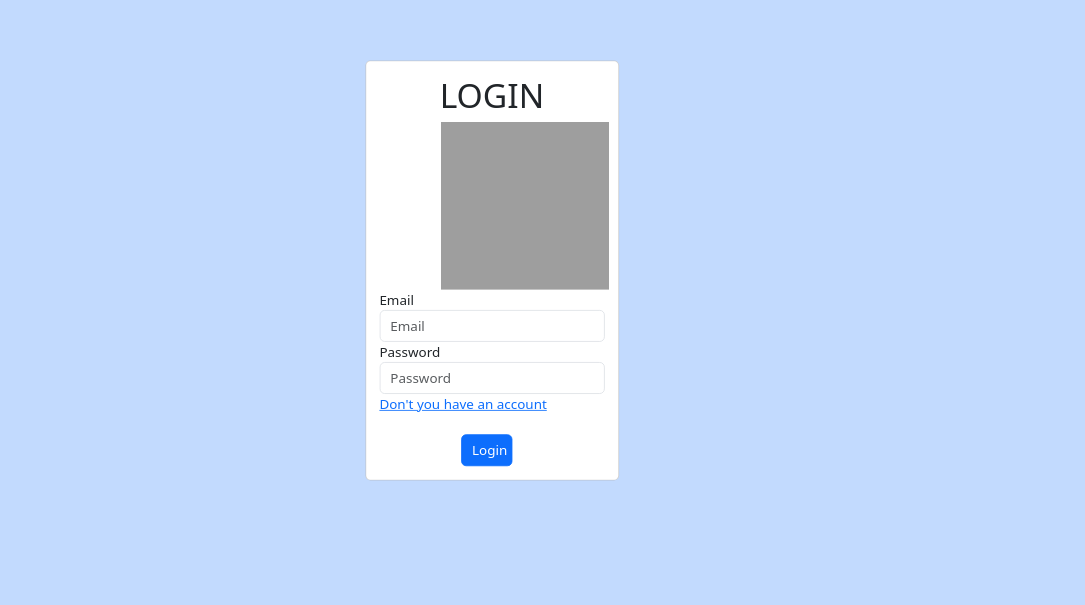
Repository: IT21221064/JobPortal
Page: http://localhost/JobApp/login.jsp
The author's editor kept a copy of each file at every save. The page is drawn from the files as they stood at one save, then again after the next save.
The browser window is 1280 px wide. The page is 1292 px wide, so the pictures cover 1292 px, including what lies to the right of the window. The pictures show the whole page, at 84% of full size.
Pictures or frames that could not be fetched are drawn as grey boxes. The page is served by Tomcat 9.

Above is the page before, as saved 2023-07-15 19:37:00.

### Project/JobApp/src/main/webapp/login.jsp
<%@ page language="java" contentType="text/html; charset=ISO-8859-1"
    pageEncoding="ISO-8859-1"%>
<!DOCTYPE html>
<html>
<head>
<meta charset="ISO-8859-1">
<title>Home Page</title>
 <link href="https://cdn.jsdelivr.net/npm/bootstrap@5.3.0/dist/css/bootstrap.min.css" rel="stylesheet" integrity="sha384-9ndCyUaIbzAi2FUVXJi0CjmCapSmO7SnpJef0486qhLnuZ2cdeRhO02iuK6FUUVM" crossorigin="anonymous">
  </head>
</head>
<body class="bg-primary bg-opacity-25">

<br /><br /><br />
    <div class="row">
      <div class="col-md-4"></div>
      <div class="col-md-3">
        <div class="card">
          <div class="card-body">
            <h1 style="text-align: center">LOGIN</h1>
            <div class="row">
              <div class="col-md-3"></div>
              <div class="col-md-3">
                <img
                  style="width: 200px; height: 200px"
                src="images/profilepic.png"  alt="circle user avatar Icon 4035892"
                  class="styles__Image-sc-2erpfv-1 eOQgUF"
                />
              </div>
              <div class="col-md-4"></div>
            </div>
            <form method="post" action="LoginServlet">
              <div class="form-group">
                <label>Email</label
                ><input class="form-control col-md-12" placeholder="Email" name="email" />
              </div>
              <div class="form-group">
                <label>Password</label
                ><input
                  type="password"
                  class="form-control col-md-12"
                  placeholder="Password"
                  name="password"
                />
              </div>
              <a href="/JobPortal/addProfile.jsp"
                >Don't you have an account</a
              >
              <div class="row">
                <div class="col-md-4"></div>
                <div class="col-md-4">
                  <br />
                  <input type="submit" class="btn btn-primary col-md-10" value="Login">
                </div>
                <div class="col-md-4"></div>
              </div>
            </form>
          </div>
        </div>
      </div>
      <div class="col-md-4"></div>
    </div>

</body>
</html>

After the next save:
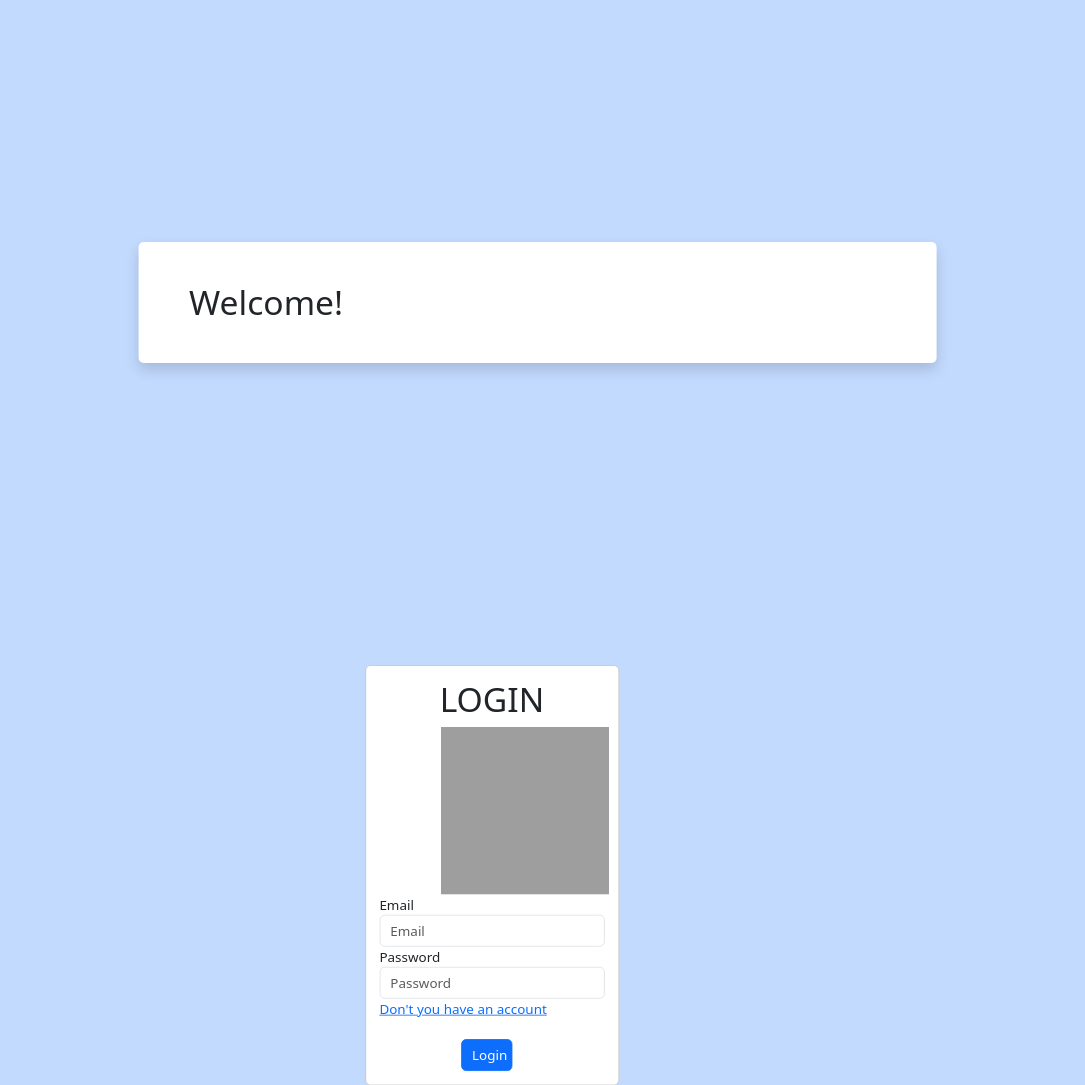
Saved 2 h 6 min later.
--- a/Project/JobApp/src/main/webapp/login.jsp
+++ b/Project/JobApp/src/main/webapp/login.jsp
@@ -9,6 +9,22 @@
   </head>
 </head>
 <body class="bg-primary bg-opacity-25">
+
+	<section class="d-flex flex-column min-vh-100 justify-content-center align-items-center">
+		<div class="container">
+			<div class="row">
+				<div class="col-md-10 mx-auto rounded shadow bg-white">
+					<div class="row">
+						<div class="col-md-6">
+							<div class="m-5">
+								<h1>Welcome!</h1>
+							</div>
+						</div>
+					</div>
+				</div>
+			</div>
+		</div>
+	</section>
 
 <br /><br /><br />
     <div class="row">
